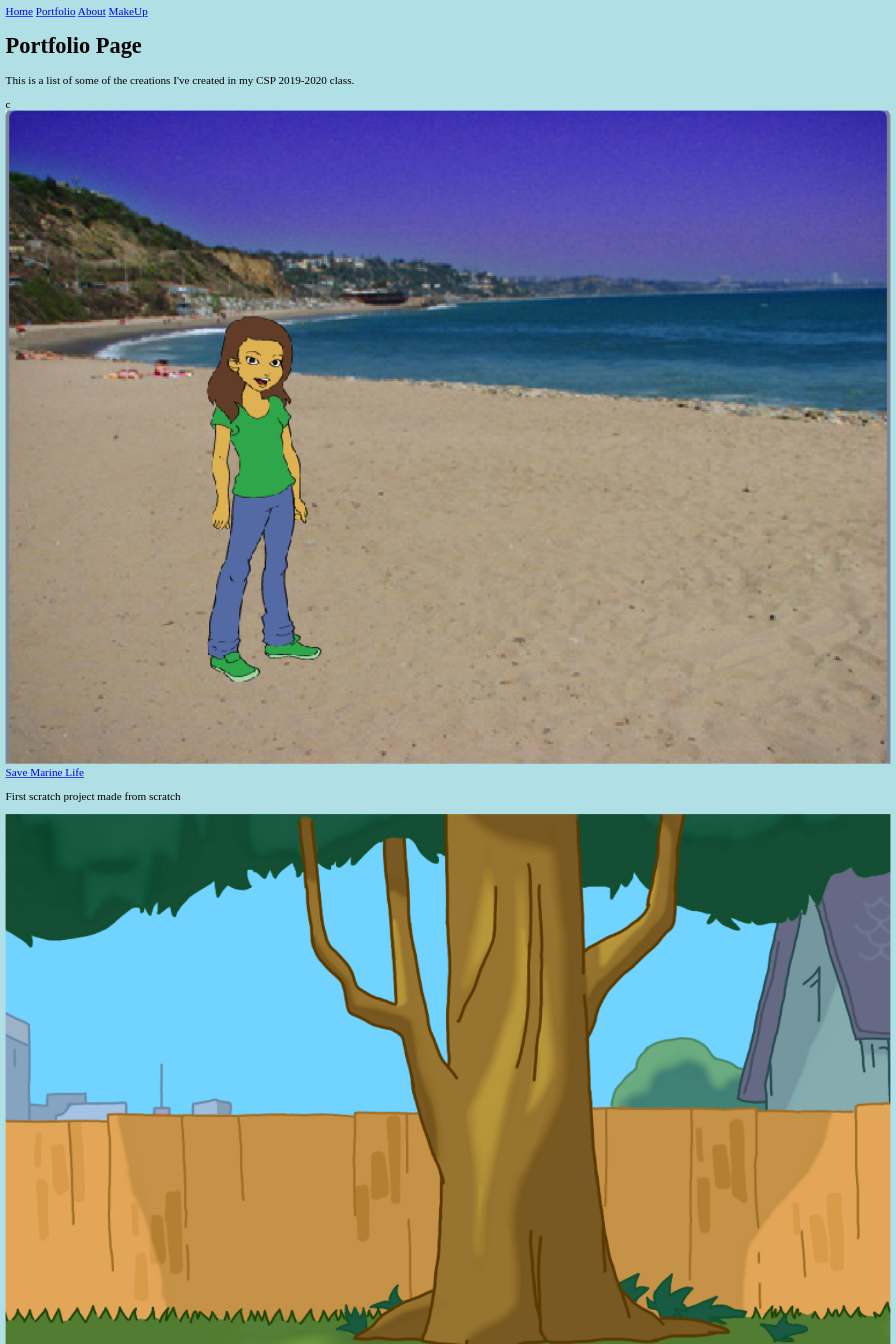
Repository: EMcmurray1862/emcmurray1862.github.io
Page: my_website/portfolio.html
The author's editor kept a record of every edit. The page is drawn from the files as they stood at one moment, then again after the next edit.
The browser window is 1280 px wide. The pictures show the part of the page from y = 0 to 1920 px (the page is 4266 px tall before and 4248 px after), at 70% of full size.

Above is the page before.

After the next edit:
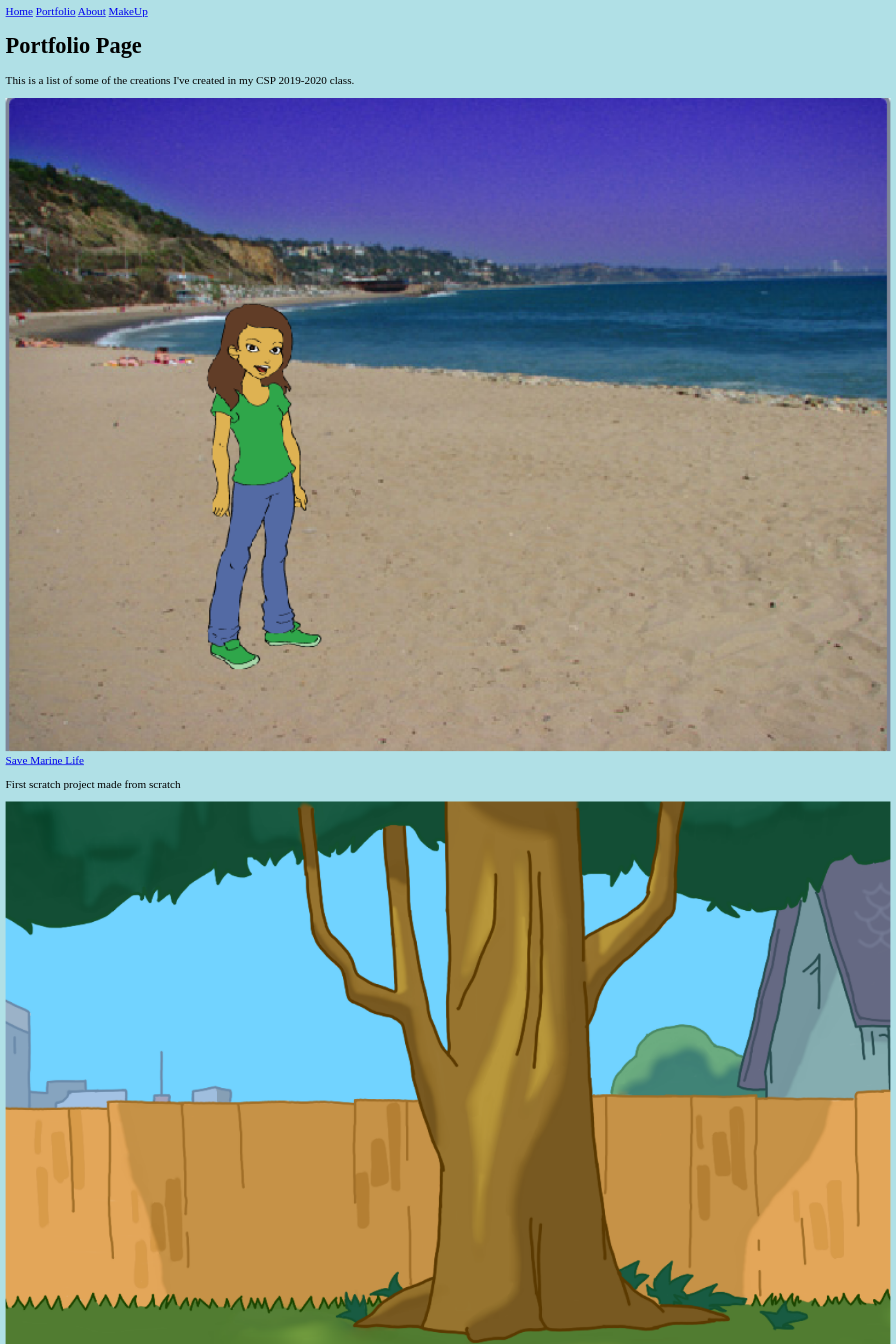
The edit:
--- a/my_website/portfolio.html
+++ b/my_website/portfolio.html
@@ -15,7 +15,6 @@
   <p>This is a list of some of the creations I've created in my CSP 2019-2020 class.</p>
 
 <!-- Portfolio Gallery Grid -->
-c
 <div class="row">
   <div class="column">
     <div class="content">
